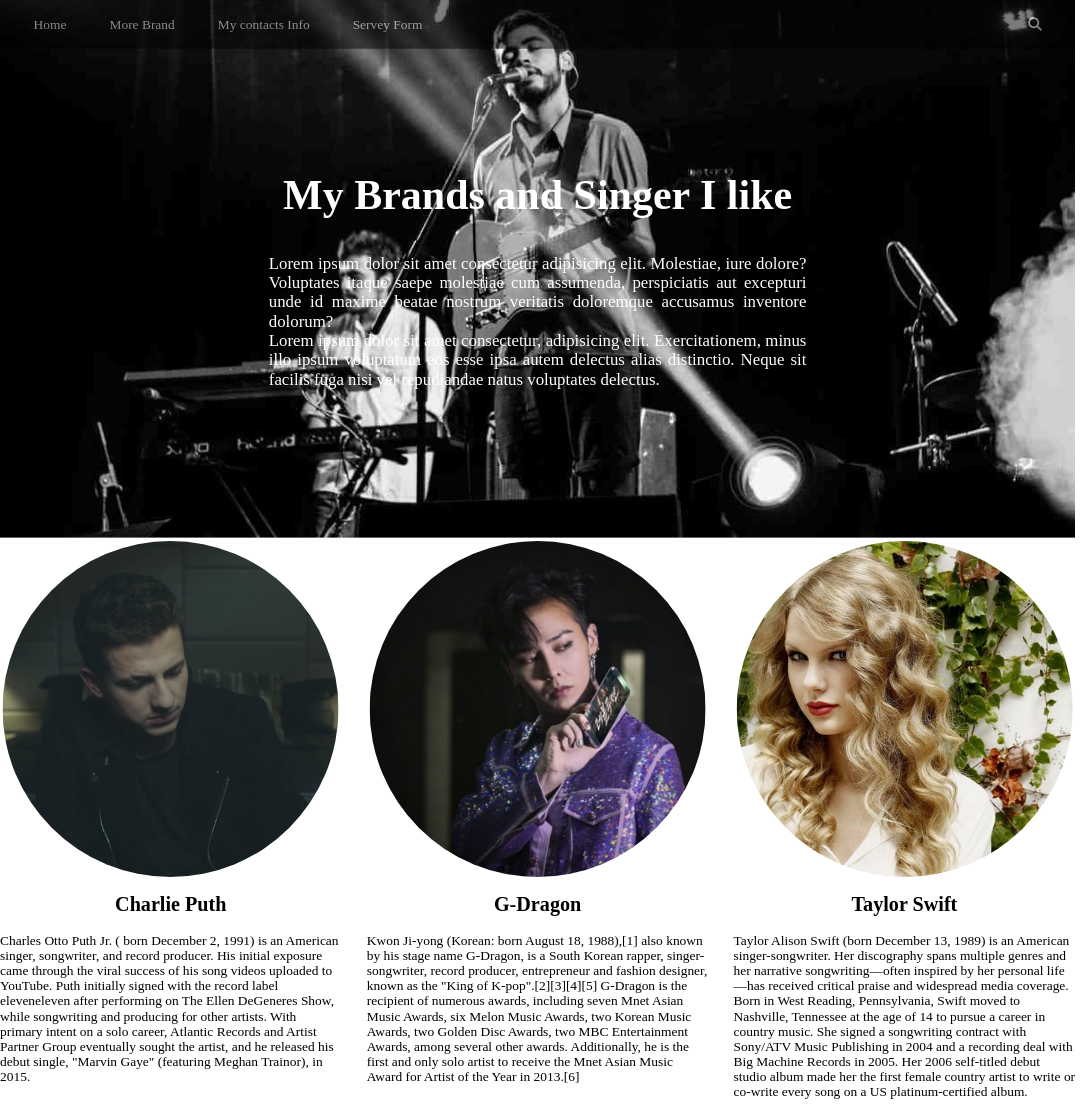
Repository: MinChea36/asm
Page: ASSM1.html
An editor plug-in stored every save of this project. The page is shown before and after a run of saves, followed by the edit.
The browser window is 1280 px wide. The page is 1280 px wide, then 1300 px, so the pictures cover 1300 px, including what lies to the right of the window. The pictures show the whole page, at 84% of full size.

Above is the page before, as saved 2022-09-22 22:31:16.

### ASSM1.html
<!DOCTYPE html>
<html lang="en">
<head>
    <meta charset="UTF-8">
    <meta http-equiv="X-UA-Compatible" content="IE=edge">
    <meta name="viewport" content="width=device-width, initial-scale=1.0">
    <link rel="stylesheet" href="./style.css">
    <link rel="stylesheet" href="https://cdnjs.cloudflare.com/ajax/libs/font-awesome/6.2.0/css/all.min.css">
    <title>AssignMent 1</title>
</head>
<body>
    <div class="top-menu">
        <div class="menu">
            <a href="#1">Home</a> |
            <a href="#2">More Brand</a> |
            <a href="#3">My contacts Info</a> |
            <a href="#4">Servey Form</a> |
        </div>
        <div class="search">
            <i class="fa-solid fa-magnifying-glass"></i>
        </div>
    </div>
    <div class="brand-singer">
        <img src="./chicago.jpg" width="100%" alt="">
        <div class="brand-singer-in-img">
        <h2>My Brands and Singer I like</h2>
        <p>Lorem ipsum dolor sit amet consectetur adipisicing elit. Molestiae, iure dolore? Voluptates itaque saepe molestiae cum assumenda, perspiciatis aut excepturi unde id maxime beatae nostrum veritatis doloremque accusamus inventore dolorum?<br>
            Lorem ipsum dolor sit amet consectetur, adipisicing elit. Exercitationem, minus illo ipsum voluptatum eos esse ipsa autem delectus alias distinctio. Neque sit facilis fuga nisi vel repudiandae natus voluptates delectus.
        </p>
        </div>
    </div>
    <div class="singers-like">
        <div class="row">
            <div class="card-img">
               <img src="./643a87-Charlie-Puth-Claims-Hes-Done-Writing-Love-Ballads-And-Is-Bring-His-Dark-Thoughts-To-His-New-Album-feature.webp" alt="">
            </div>
            <div class="singers-text">
            <h2>Charlie Puth</h2>
            <p>Charles Otto Puth Jr. ( born December 2, 1991) is an American singer, songwriter, and record producer. His initial exposure came through the viral success of his song videos uploaded to YouTube. Puth initially signed with the record label eleveneleven after performing on The Ellen DeGeneres Show, while songwriting and producing for other artists. With primary intent on a solo career, Atlantic Records and Artist Partner Group eventually sought the artist, and he released his debut single, "Marvin Gaye" (featuring Meghan Trainor), in 2015.</p>
            </div>
        </div>
        <div class="row">
            <div class="card-img">
               <img src="/G-Dragon-elle-man-1.jpg" alt="">
            </div>
            <div class="singers-text">
            <h2>G-Dragon</h2>
            <p>Kwon Ji-yong (Korean: born August 18, 1988),[1] also known by his stage name G-Dragon, is a South Korean rapper, singer-songwriter, record producer, entrepreneur and fashion designer, known as the "King of K-pop".[2][3][4][5] G-Dragon is the recipient of numerous awards, including seven Mnet Asian Music Awards, six Melon Music Awards, two Korean Music Awards, two Golden Disc Awards, two MBC Entertainment Awards, among several other awards. Additionally, he is the first and only solo artist to receive the Mnet Asian Music Award for Artist of the Year in 2013.[6]</p>
            </div>
        </div>
        <div class="row">
            <div class="card-img">
               <img src="images814767taylorsw-c29a.jpg" alt="">
            </div>
            <div class="singers-text">
            <h2>Taylor Swift</h2>
            <p>Taylor Alison Swift (born December 13, 1989) is an American singer-songwriter. Her discography spans multiple genres and her narrative songwriting—often inspired by her personal life—has received critical praise and widespread media coverage. Born in West Reading, Pennsylvania, Swift moved to Nashville, Tennessee at the age of 14 to pursue a career in country music. She signed a songwriting contract with Sony/ATV Music Publishing in 2004 and a recording deal with Big Machine Records in 2005. Her 2006 self-titled debut studio album made her the first female country artist to write or co-write every song on a US platinum-certified album.</p>
        </div>
        </div>
    </div>


</body>
</html>

### style.css
body {
    padding: 0;
    margin: 0;
}
.top-menu {
    display: flex;
    justify-content: space-between;
    background-color: black;
    padding: 20px;
    position: fixed;
    top: 0;
    left: 0;
    z-index: 2;
    right: 0;
    opacity: 0.5;
}
.menu a{
    color: white;
    text-decoration: none;
    padding: 0 20px;
}
.menu a:hover {
    color: red;
}
.search i {
    color: white;
    padding-right: 20px;
}
.brand-singer {
    position: relative;
}
.brand-singer img {
}
.brand-singer-in-img {
    position: absolute;
    top: 50%;
    left: 50%;
    transform: translate(-50%, -50%);
    color: white;
    text-align: center;
}
.brand-singer h2 {
    font-size: 50px;
}
.brand-singer p {
    text-align: justify;
    font-size: 20px;
}
.singers-like {
    display: grid;
    grid-template-columns: repeat(3,1fr);
    grid-column-gap: 30px;
}
.singers-text h2 {
    text-align: center;
}
.card-img {
    border-radius: 50%;
    width: 400px;
    height: 400px;
    overflow: hidden;
    margin: 0 auto;
}
.card-img img{
    width: 100%;
    height: 100%;
    object-fit: cover;
}

After the next 2 saves:
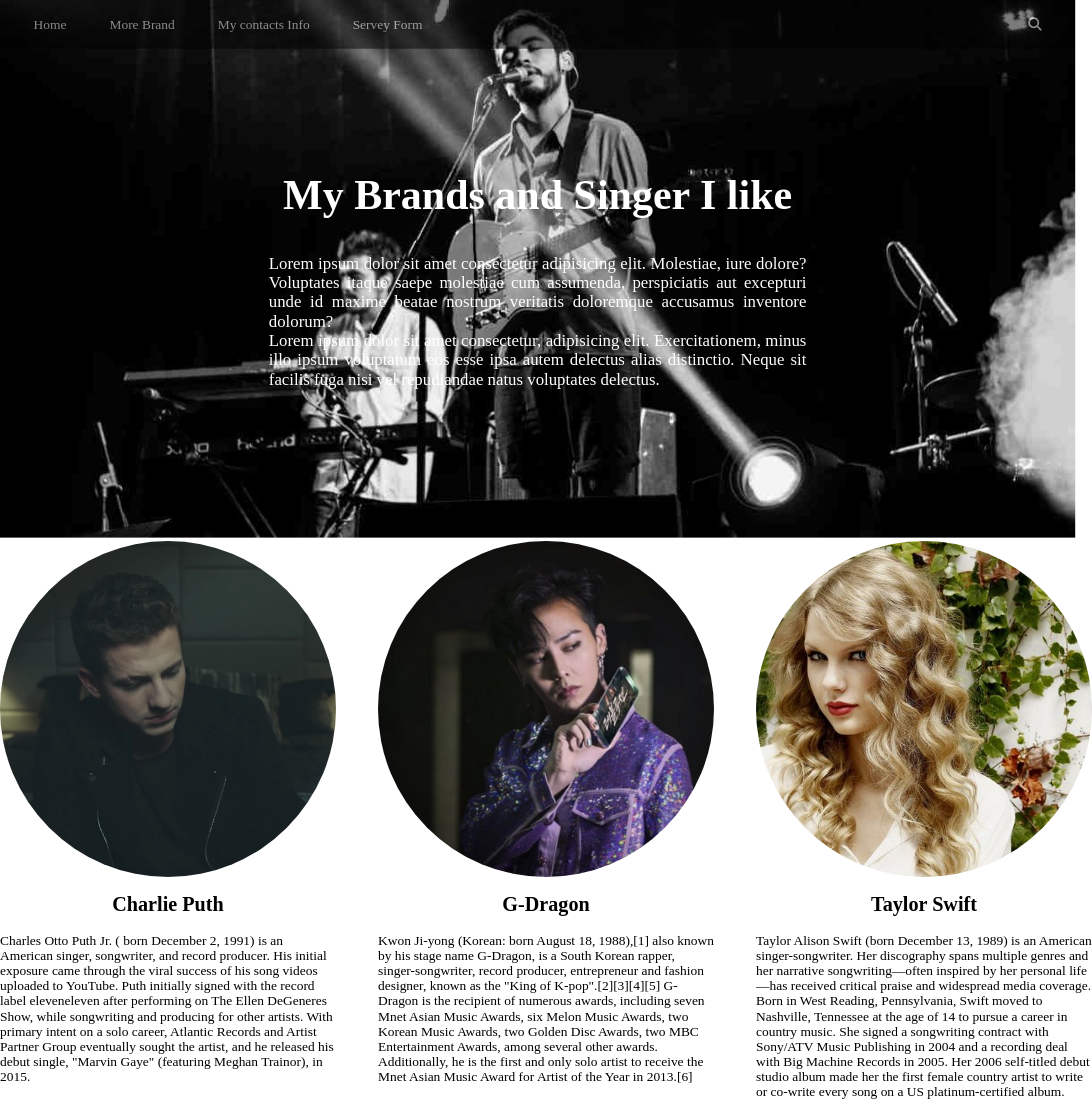
The 2 saves are shown as one change because they came seconds apart.
The last was saved 9 s later.
--- a/style.css
+++ b/style.css
@@ -49,7 +49,7 @@
 .singers-like {
     display: grid;
     grid-template-columns: repeat(3,1fr);
-    grid-column-gap: 30px;
+    grid-column-gap: 50px;
 }
 .singers-text h2 {
     text-align: center;
